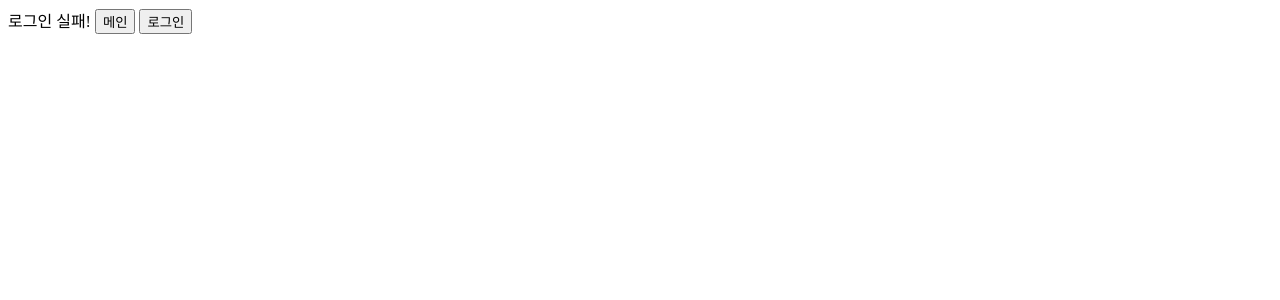
Repository: choiungsik/WEBStudy
Page: http://localhost/JDBC_copy/loginFail.jsp
An editor plug-in stored every save of this project. The page is shown before and after the next save, followed by the edit.
The browser window is 1280 px wide. The pictures show the whole page.
The page is served by Tomcat 9. Other server files are loaded and not shown.

Above is the page before, as saved 2020-07-17 02:35:58.

### JDBC_copy/WebContent/loginFail.jsp
<%@ page language="java" contentType="text/html; charset=EUC-KR"
    pageEncoding="EUC-KR"%>
<!DOCTYPE html>
<html>
<head>
<meta charset="EUC-KR">
<title>Insert title here</title>
</head>
<body>
	로그인 실패!

   <a href = "main.jsp"><button>메인</button></a>
   <a href = "login.jsp"><button>로그인</button></a>
</body>
</html>

After the next save:
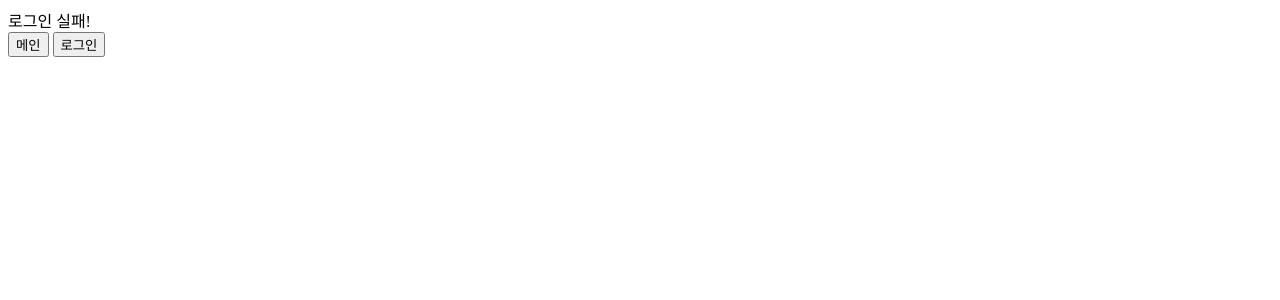
Saved 19 s later.
--- a/JDBC_copy/WebContent/loginFail.jsp
+++ b/JDBC_copy/WebContent/loginFail.jsp
@@ -7,7 +7,7 @@
 <title>Insert title here</title>
 </head>
 <body>
-	로그인 실패!
+	로그인 실패!<br>
 
    <a href = "main.jsp"><button>메인</button></a>
    <a href = "login.jsp"><button>로그인</button></a>
